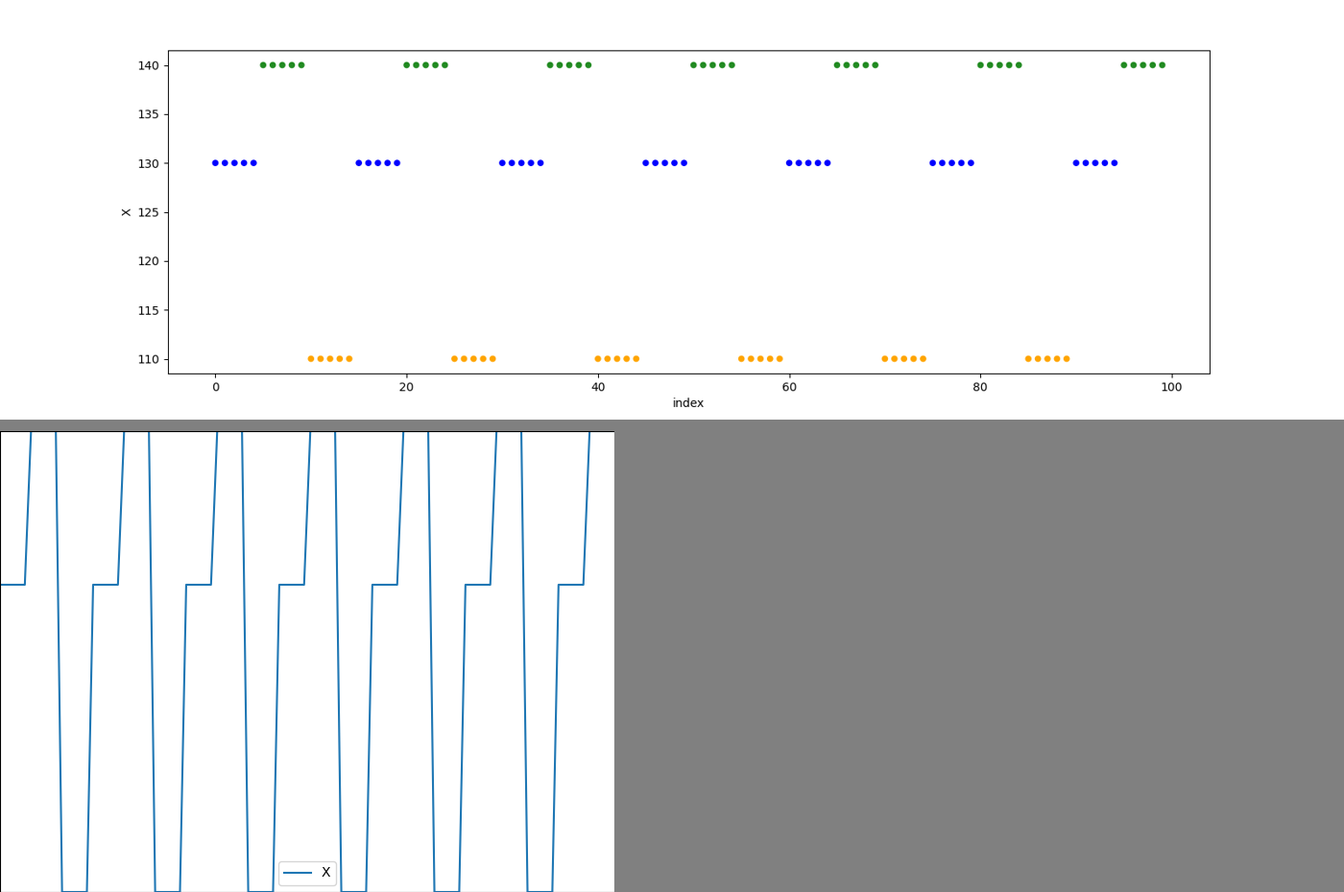
Repository: Carty-Bao/BNPHMM
Script's output: python code/synth.py
An editor plug-in stored every save of this project. The script's output is shown before and after a run of saves, followed by the edit.
The pictures are shown at 96% of full size.
Each picture stacks the figures in order, with grey between them; figures that are only written to a file come last. Figures wider than 1,400 px are first shrunk to that width. Random numbers start from a fixed seed.

Above is the script's output before, as saved 2022-08-18 10:47:03.

### code/synth.py
'''
author: Jiadi
Date: 2022.5.7
TODO: add parser
'''
import random
from math import ceil
import numpy as np
import pylab as P
from scipy.stats import entropy
# from torch import threshold

def _blob(x,y,area,colour):
    """
    Draws a square-shaped blob with the given area (< 1) at
    the given coordinates.
    """
    hs = np.sqrt(area) / 2
    xcorners = np.array([x - hs, x + hs, x + hs, x - hs])
    ycorners = np.array([y - hs, y - hs, y + hs, y + hs])
    P.fill(xcorners, ycorners, colour, edgecolor=colour)

def hinton(W, maxWeight=None):
    """
    Draws a Hinton diagram for visualizing a weight matrix.
    Temporarily disables matplotlib interactive mode if it is on,
    otherwise this takes forever.
    """
    reenable = False
    if P.isinteractive():
        P.ioff()
    P.clf()
    height, width = W.shape
    if not maxWeight:
        maxWeight = 2**np.ceil(np.log(np.max(np.abs(W)))/np.log(2))

    P.fill(np.array([0,width,width,0]),np.array([0,0,height,height]),'gray')
    P.axis('off')
    P.axis('equal')
    for x in range(width):
        for y in range(height):
            _x = x+1
            _y = y+1
            w = W[y,x]
            if w > 0:
                _blob(_x - 0.5, height - _y + 0.5, min(1,w/maxWeight),'white')
            elif w < 0:
                _blob(_x - 0.5, height - _y + 0.5, min(1,-w/maxWeight),'black')
    if reenable:
        P.ion()
    P.show()

def gen_alpha(type = 'jitter', K = 3):
    '''
    为HMM生成状态转移矩阵和HMM集群中心
    type:调制基形,以PRI为例,可选的调制基形:
    'jitter','stagger','slide','dwell'
    center:不同调制基形对应不同集群中心,如果不指定集群中心,默认中心个数=3

    默认均为一维变量
    '''

    if type == 'jitter':
        assert K==1, "K must be 1"
        alpha = np.eye(K)
    if type in ['stagger', 'agile', 'dwell']:
        alpha = np.eye(K)
        while(1 in np.diag(alpha)):
            np.random.shuffle(alpha)
    if type == 'slide':
        alpha = np.eye(K)
        alpha = np.vstack((alpha[1:],alpha[0]))
    # if type == 'dwell':
    #     tr = np.eye(K)
    #     while(1 in np.diag(tr)):
    #         np.random.shuffle(tr)
    #     alpha = 0.05*tr + np.eye(K)
    return alpha

def Non_ideal_HMM(N, K, XDim=1, mu_sd_factor=0, L=10, spur_ratio=0, miss_ratio=0,type='stagger', mu = None):
    '''N: number of observations
    K: number of discrete components
    XDim: dimensionality of observed data (default = 2)
    mu:HMM集群的中心值，如果没有制定就是[100, 110, 120,...]

    计算虚假脉冲和缺失脉冲个数'''

    spur_num = np.floor(spur_ratio * N)
    miss_num = np.floor(miss_ratio * N)
    N_unideal = int(N + spur_num + miss_num)
    X = np.zeros((N_unideal,XDim))
    Y = np.zeros((N_unideal,L))
    z = np.zeros(K)#记录上一个状态
    Z = np.zeros((N_unideal, 1))
    alpha = gen_alpha(type=type, K=K)

    beta = 0.1 #intial dist params.
    pik = np.random.dirichlet(beta*np.ones(K)) #distribution over initial state p(l_0)
    A = alpha / np.reshape(alpha.sum(axis=1),(K,1))#把alpha归一化
    # mu = np.array([np.random.multivariate_normal(np.zeros(XDim),20*np.eye(XDim)) for _ in range(K)]) #每个类别的均值
    if mu == None:
        mu = np.array([[100+10*i] for i in range(K)])
        mu_init = mu.copy()
    else:
        mu = np.array([mu])
        print(mu)
        mu = mu.T
        mu_init = mu.copy()
    C = np.array([mu_sd_factor*np.eye(XDim) for _ in range(K)])#每个类别的方差
    pr_y = np.array([np.random.dirichlet(0.1*np.ones(L)) for _ in range(K)])#每个类别的可能性的先验概率
    #draw observations:
    n = 0
    bound = X.shape[0]
    while(n<=bound):
        #draw latent component:
        if n==0:
            z = np.random.multinomial(1, pik)
        else:
            prev_z = z.argmax()
            z = np.random.multinomial(1,A[prev_z,:])
        z_n = z.argmax()#记录下一个状态
        if np.random.choice(2, 1, p=[1 - miss_ratio, miss_ratio]) and type is not 'dwell':#缺失脉冲
            X = np.delete(X, n, axis=0)
            Y = np.delete(Y, n, axis=0)
            Z = np.delete(Z, n, axis=0)
            continue
        if np.random.choice(2, 1, p=[1 - spur_ratio, spur_ratio]) and type is not 'dwell':#虚假脉冲
            spur_value = np.random.uniform(low=min(mu),high=max(mu),size=1)
            X[n,:] = np.random.multivariate_normal(spur_value, C[z_n,:,:])
            # Z[n,:] = abs(mu-spur_value).argmin()
            Z[n,:] = K+1
            n+=1
        if type=='dwell':
            for dns in range(5):
                if np.random.choice(2, 1, p=[1 - miss_ratio, miss_ratio]):#缺失脉冲
                    X = np.delete(X, n, axis=0)
                    Y = np.delete(Y, n, axis=0)
                    Z = np.delete(Z, n, axis=0)
                    continue
                if np.random.choice(2, 1, p=[1 - spur_ratio, spur_ratio]):#虚假脉冲
                    spur_value = np.random.uniform(low=min(mu),high=max(mu),size=1)
                    X[n,:] = np.random.multivariate_normal(spur_value, C[z_n,:,:])
                    # Z[n,:] = abs(mu-spur_value).argmin()
                    Z[n,:] = K+1
                    n+=1
                X[n,:] = np.random.multivariate_normal(mu[z_n,:], C[z_n,:,:])
                Y[n,:] = np.random.multinomial(1,pr_y[z_n,:])
                Z[n,:] = z_n
                bound = X.shape[0]-1
                n+=1
                if n>bound:
                    break
        else:
            X[n,:] = np.random.multivariate_normal(mu[z_n,:], C[z_n,:,:])
            if type == 'agile':
                Z[n,:] = np.where(mu_init == mu[z_n,:])[0]
            if (n+1) % K == 0 and type=='agile':
                np.random.shuffle(mu)

        if type !='dwell':
            Y[n,:] = np.random.multinomial(1,pr_y[z_n,:])
            if type != 'agile':
                Z[n,:] = z_n
            n+=1
            bound = X.shape[0]-1
    #返回每个类别的均值
    return X,Y,Z,mu

def workmode_cat(nums = None, Ks = None, mus = None, XDim=1, mu_sd_factor = 0, spur_ratio = 0, miss_ratio = 0, types = None):
    '''
    将生成的数据拼接
    nums Ks types均为列表 长度相同
    '''
    seq_num = len(nums)
    assert len(Ks) == seq_num, "Do not have enough Ks"
    assert len(types) == seq_num, "Do not have enough types"
    assert len(mus) == seq_num, "Do not have enough mus"

    X = None
    Z = None
    mus_grd = None
    paras = zip(nums, Ks, mus, types)
    for para in paras:
        session, _, labels, mu_grd = Non_ideal_HMM(N=para[0], K=para[1],mu = para[2], XDim=XDim, mu_sd_factor=mu_sd_factor, spur_ratio=spur_ratio, miss_ratio=miss_ratio,type=para[3])
        if X is None and mus_grd is None:
            X = session
            Z = labels
            mus_grd = mu_grd
        else:
            X = np.vstack((X, session))
            Z = np.vstack((Z, labels))
            mus_grd = np.vstack((mus_grd, mu_grd))
    return X, Z, mus_grd

def center_compare(center1, center2, threshold):
    '''
    比较两个集群中心
    '''
    diff = np.array([])
    for num in center1:
        diff = np.append(diff,min(abs(num-center2)))
    change = diff.sum()/diff.shape[0] > threshold
    cusum =  float(diff.sum())/diff.shape[0]
    return change,threshold #1是手动设置阈值

def trans_compare(A_1, A_2, mu_1, mu_2,threshold=1):
    def trans(A, order):
        N = len(order)
        # print(order)
        new_matrix = np.zeros((N,N))
        for i, row in enumerate(order):
            for j, col in enumerate(order):
                try:
                    new_matrix[row][col] = A[i][j]
                except IndexError:
                    if A.shape[0] < N:#A_1<A_2,填上0
                        new_matrix[row][col] = 0.1
                    # else:

        return new_matrix

    def trans_order(mu_1,mu_2):
        order = []
        N = len(mu_1)
        minus_dis = []
        for mu in mu_1:
            minus = mu_2 - mu
            order.append(np.argmin(abs(minus)))
            minus_dis.append(np.min(abs(minus)))
        return order

    order = trans_order(mu_1,mu_2)
    A2_new = trans(A_2,order)
    e = 0
    for index in range(len(order)):
        e += entropy(A_1[index], A2_new[index])
    change = e > threshold
    cusum = e
    return change, cusum

if __name__=="__main__":

    import matplotlib as mpl
    mpl.use('TkAgg')
    import matplotlib.pyplot as plt
    import pandas as pd
    np.set_printoptions(threshold=np.inf)
    plt.rc('font',family='Times New Roman')

    #数据生成
    N, K_grnd, K = 100, 5, 10
    X1, _, Z, mu_grd = Non_ideal_HMM(N, K_grnd, mu_sd_factor= 0, spur_ratio=0., miss_ratio=0,type='dwell')

    # Ns = [100,150,180]
    # Ks = [4,5,6]
    # types = ['stagger','slide','stagger']
    # X, mu_grd = workmode_cat(nums=Ns, Ks=Ks, mu_sd_factor=0, spur_ratio=0, miss_ratio=0, types=types)
    pulse = []
    labels = []
    for p, z in zip(X1,Z):
        labels.append(int(z))
        pulse.append(int(p))

    data = [range(len(pulse)),pulse,labels]
    data = zip(*data)
    df = pd.DataFrame(data,columns=['index','X','Z'])

    #颜色赋值
    col = []
    colors = ['#FF0000', '#FFA500', 'purple', 'blue', '#228B22']
    for i in range(0, len(labels)):
        col.append(colors[int(labels[i])])



    # plt.figure(dpi=150,figsize=(16,5))
    # plt.xlabel("PRI index")
    # plt.ylabel("PRI value")
    # plt.title("agile PRI")
    # plt.axis('off')
    # plt.plot(range(len(X1)), X1, markersize=6, marker='*',c=col)
    df.plot.scatter('index', 'X', c=col, figsize=(16,5))
    df.plot('index', 'X')

    # plt.plot(Z+120)
    plt.subplots_adjust(top = 1, bottom = 0, right = 1, left = 0, hspace = 0, wspace = 0)
    plt.margins(0,0)

    plt.savefig("genworkmode/dwell_color.png", transparent=True, dpi=300, pad_inches = 0,format='png')
    plt.show()

After the next 2 saves:
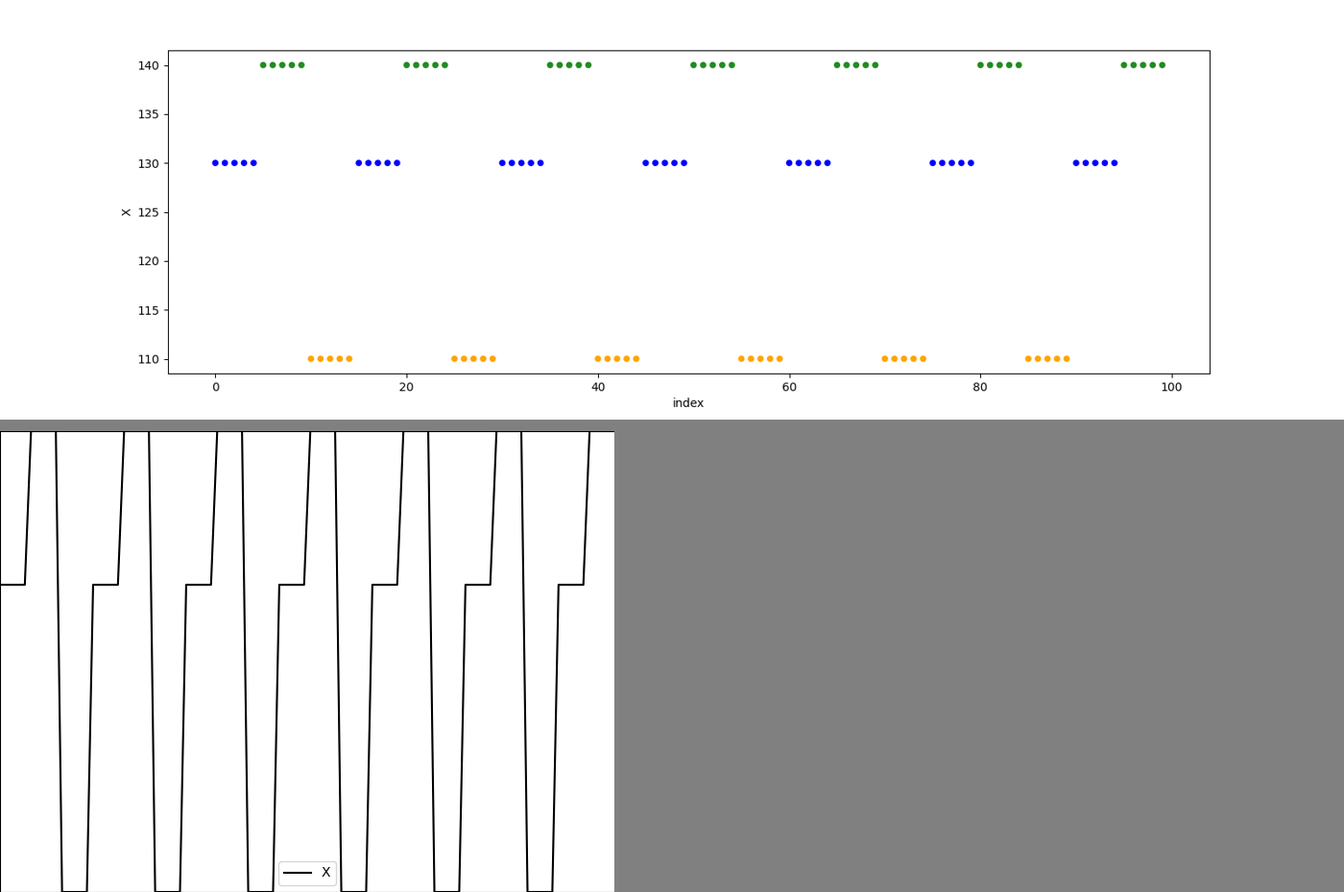
The 2 saves are shown as one change because they came seconds apart.
The last was saved 22 s later.
--- a/code/synth.py
+++ b/code/synth.py
@@ -280,7 +280,7 @@ if __name__=="__main__":
     # plt.axis('off')
     # plt.plot(range(len(X1)), X1, markersize=6, marker='*',c=col)
     df.plot.scatter('index', 'X', c=col, figsize=(16,5))
-    df.plot('index', 'X')
+    df.plot('index', 'X', c='black')
 
     # plt.plot(Z+120)
     plt.subplots_adjust(top = 1, bottom = 0, right = 1, left = 0, hspace = 0, wspace = 0)
